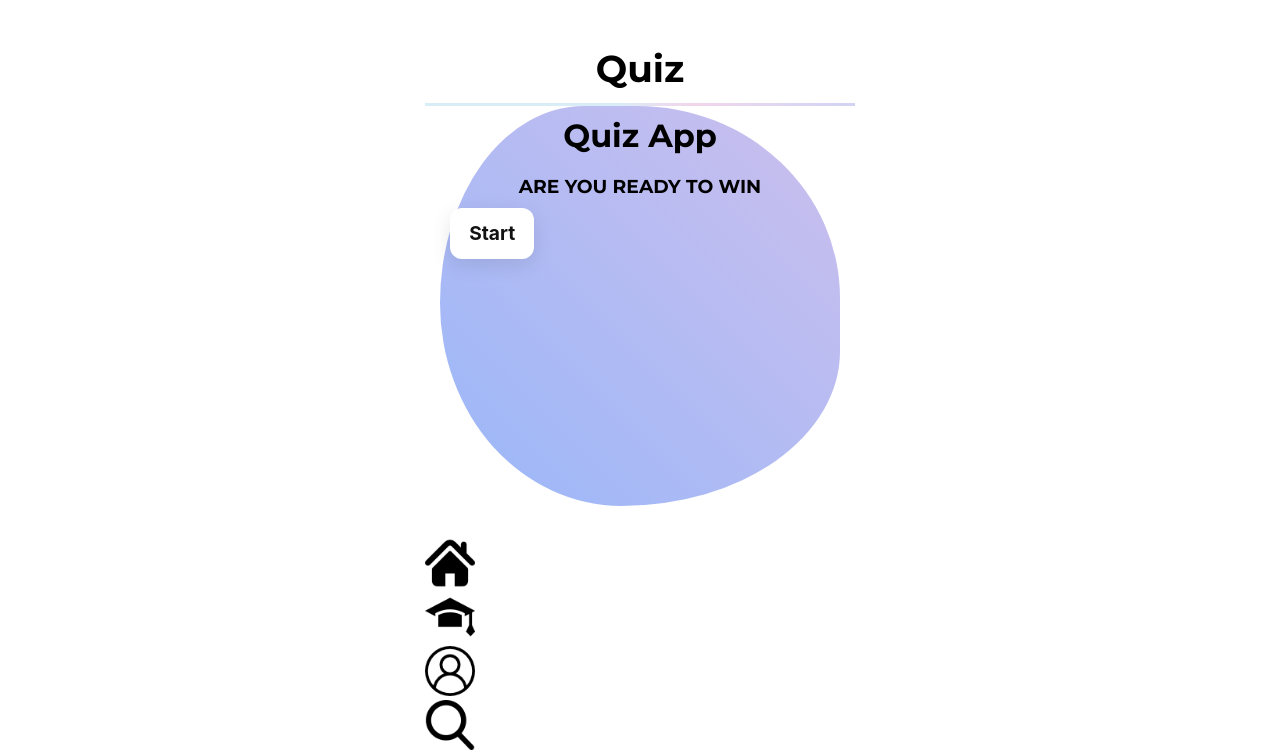
Repository: 1medi/pocketprof
Page: /QuizPage
An editor plug-in stored every save of this project. The page is shown before and after the next save, followed by the edit.
The browser window is 1280 px wide. The pictures show the whole page.
The project was rebuilt for these pictures with package versions that can differ from the ones it lists, and the page was loaded fresh each time. The framework's server and built-in components were replaced by stand-ins that run in the browser. Also part of the build but not shown: next.config.mjs, Components/Buttons/Oscar/Oscar.module.css, Components/Buttons/Oscar/index.js.

Above is the page before, as saved 2024-05-04 01:14:01.

After the next save:
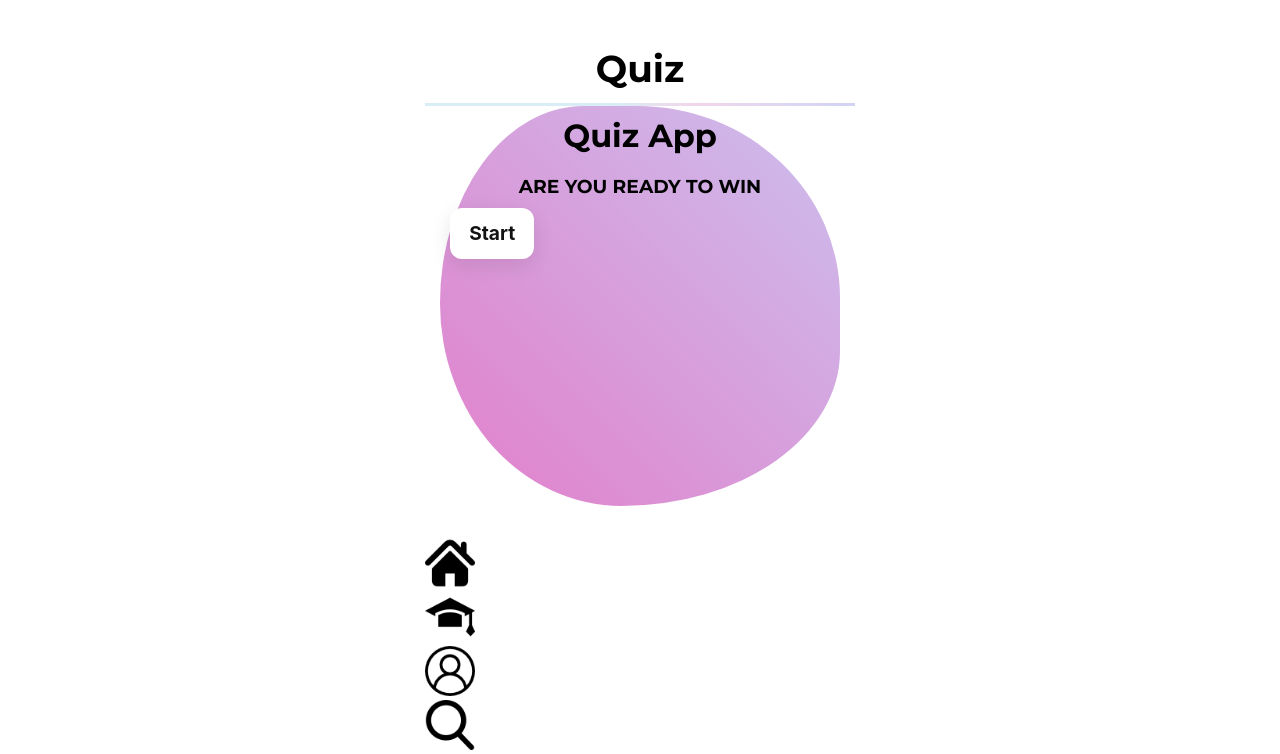
Saved 41 s later.
--- a/styles/QuizPage.module.css
+++ b/styles/QuizPage.module.css
@@ -47,7 +47,7 @@
 
  50% {
      border-radius:  30% 60% 70% 40% / 50% 60% 30% 60%;
-     background: linear-gradient(45deg, var(--secondary-color-blue) 0%, var(--main-color-lightpurple) 100%);
+     background: linear-gradient(45deg, #e27fcb 0%, var(--main-color-lightpurple) 100%);
  }
 
  100% {

After the save that followed:
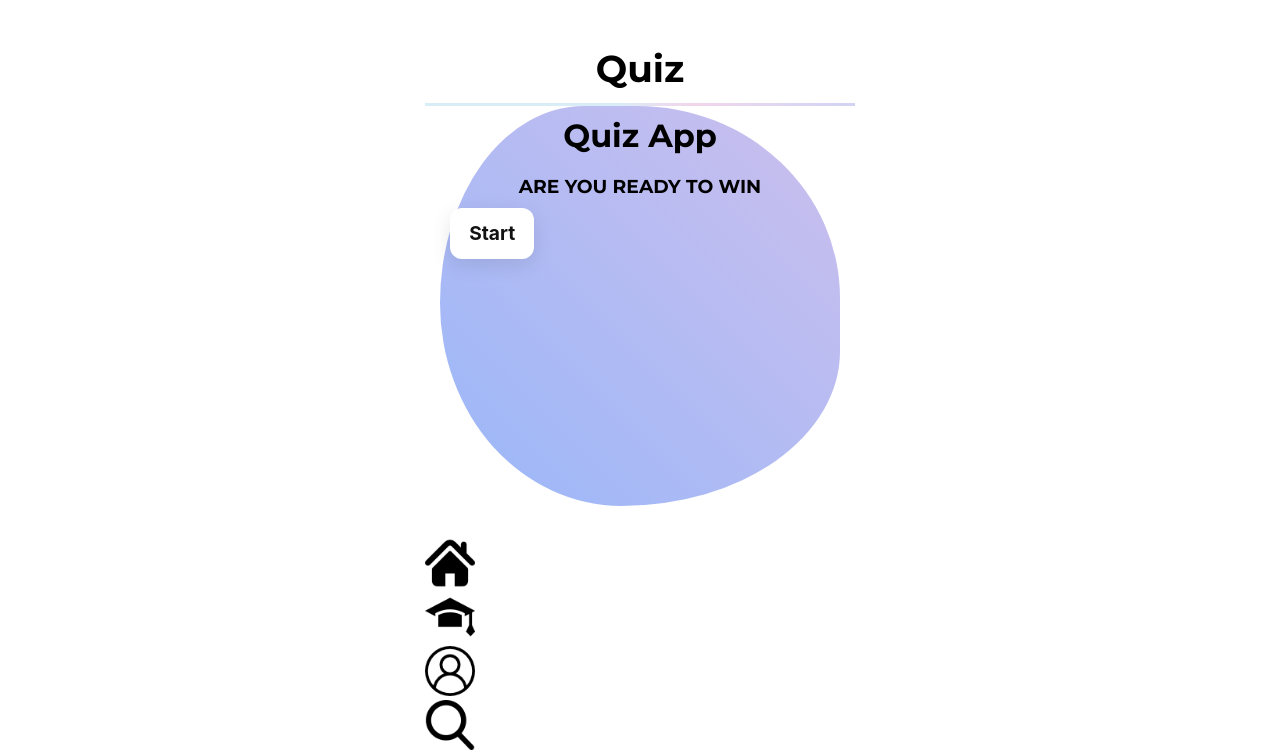
Saved 7 s later.
--- a/styles/QuizPage.module.css
+++ b/styles/QuizPage.module.css
@@ -47,7 +47,7 @@
 
  50% {
      border-radius:  30% 60% 70% 40% / 50% 60% 30% 60%;
-     background: linear-gradient(45deg, #e27fcb 0%, var(--main-color-lightpurple) 100%);
+     background: linear-gradient(45deg, var(--secondary-color-blue) 0%, var(--main-color-lightpurple) 100%);
  }
 
  100% {
